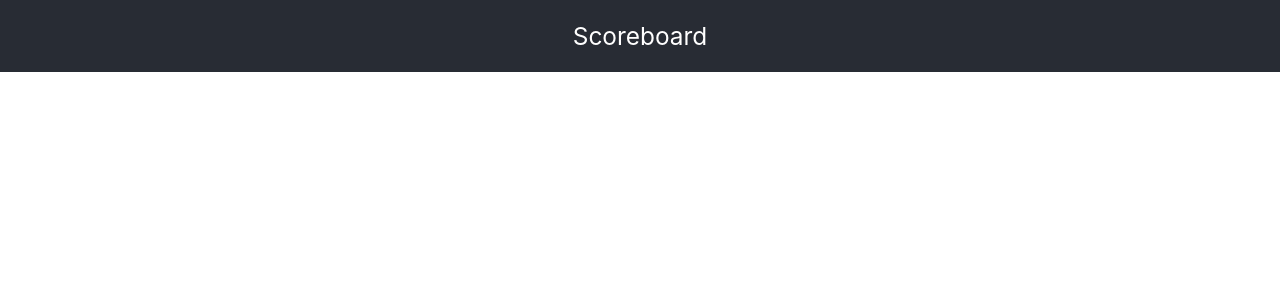
Repository: chin9/MemoryCard
Page: /
These files come from the project's save history. The page is drawn as it stood at one moment and after the next save; the edit follows.
The browser window is 1280 px wide. The pictures show the whole page.
The project was rebuilt for these pictures with package versions that can differ from the ones it lists, and the page was loaded fresh each time.

Above is the page before, as saved 2021-07-07 18:36:18.

### public/index.html
<!DOCTYPE html>
<html lang="en">
  <head>
    <meta charset="utf-8" />
    <link rel="icon" href="%PUBLIC_URL%/favicon.ico" />
    <meta name="viewport" content="width=device-width, initial-scale=1" />
    <meta name="theme-color" content="#000000" />
    <meta
      name="description"
      content="Web site created using create-react-app"
    />
    <link rel="apple-touch-icon" href="%PUBLIC_URL%/logo192.png" />
    <!--
      manifest.json provides metadata used when your web app is installed on a
      user's mobile device or desktop. See https://developers.google.com/web/fundamentals/web-app-manifest/
    -->
    <link rel="manifest" href="%PUBLIC_URL%/manifest.json" />
    <!--
      Notice the use of %PUBLIC_URL% in the tags above.
      It will be replaced with the URL of the `public` folder during the build.
      Only files inside the `public` folder can be referenced from the HTML.

      Unlike "/favicon.ico" or "favicon.ico", "%PUBLIC_URL%/favicon.ico" will
      work correctly both with client-side routing and a non-root public URL.
      Learn how to configure a non-root public URL by running `npm run build`.
    -->
    <title>Memory Card</title>
  </head>
  <body>
    <noscript>You need to enable JavaScript to run this app.</noscript>
    <div id="root"></div>
    <!--
      This HTML file is a template.
      If you open it directly in the browser, you will see an empty page.

      You can add webfonts, meta tags, or analytics to this file.
      The build step will place the bundled scripts into the <body> tag.

      To begin the development, run `npm start` or `yarn start`.
      To create a production bundle, use `npm run build` or `yarn build`.
    -->
  </body>
</html>

### src/App.js
import './App.css';
import Scoreboard from './components/Scoreboard';

function App() {
  return (
    <div className="App">
      <header className="App-header">
        <Scoreboard/>
      </header>
    </div>
  );
}

export default App;

### src/App.css
.App {
  text-align: center;
}

.App-logo {
  height: 40vmin;
  pointer-events: none;
}

@media (prefers-reduced-motion: no-preference) {
  .App-logo {
    animation: App-logo-spin infinite 20s linear;
  }
}

.App-header {
  background-color: #282c34;
  height: 10vh;
  display: flex;
  flex-direction: column;
  align-items: center;
  justify-content: center;
  font-size: calc(10px + 2vmin);
  color: white;
}

.App-link {
  color: #61dafb;
}

@keyframes App-logo-spin {
  from {
    transform: rotate(0deg);
  }
  to {
    transform: rotate(360deg);
  }
}

### src/components/Scoreboard.js
import React from 'react';

const Scoreboard = (props) => {

    return (
        <header>Scoreboard</header>
    )
}

export default Scoreboard;

Loaded but not shown: src/index.js (common file); src/index.css (common file)

After the next save:
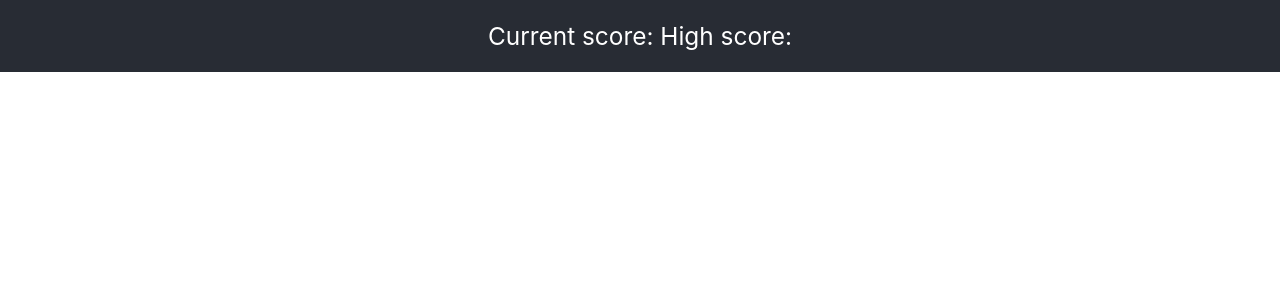
Saved 57 s later.
--- a/src/components/Scoreboard.js
+++ b/src/components/Scoreboard.js
@@ -3,7 +3,7 @@ import React from 'react';
 const Scoreboard = (props) => {
 
     return (
-        <header>Scoreboard</header>
+        <div>Current score: High score: </div>
     )
 }
 
